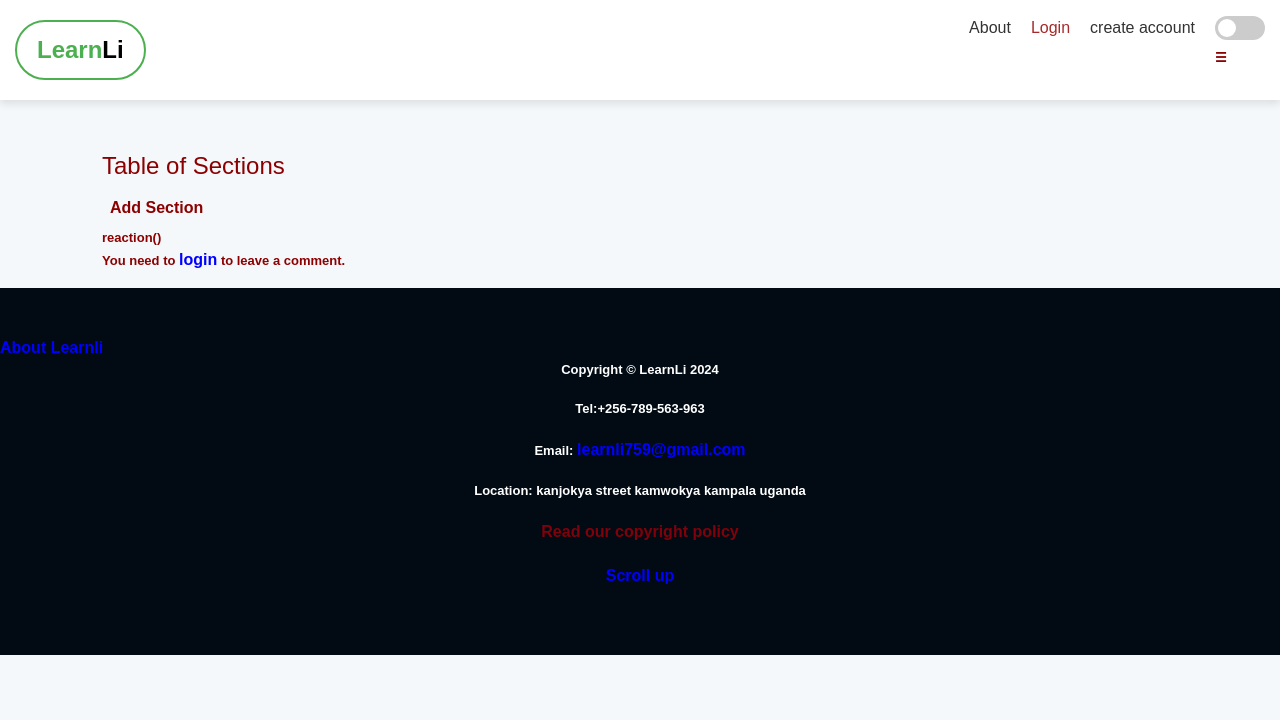
Repository: Learnli23/Learnli
Page: Learnli/my_library/templates/book_details.html
The author's editor kept a copy of each file at every save. The page is drawn from the files as they stood at one save, then again after the next save.
The browser window is 1280 px wide. The pictures show the whole page.
The template is drawn by Django 2.2. The application's start-up code is not run. Other server files are loaded and not shown. The template is opened directly, without the code that normally fills it, so the values that code supplies are empty.

Above is the page before, as saved 2024-12-04 22:15:48.

### Learnli/my_library/templates/book_details.html
{% extends 'base.html' %}
{% block content %}


    <h1 style="color:brown;">{{ book.title }}</h1>
    <div class="container">
      {% if book.display_image  %}
        <img src="{{book.display_image.url }}" width="450" height="300" class="d-inline-block align-text-top" alt=" ">
      {% endif %}
        <div class="toc">
            <h4>Table of Sections</h4>
            {% if sections %}
            <ul>
                {% for section in sections %}

                    <li><a href="{% url 'section_details' section.pk %}">{{ section.title }}</a></li>

                {% if forloop.last %}
                    {% if section.section_author == request.user  %}
                    <button class="btn btn-outline-success" style="border:black ;"><a href="{% url 'add_section' book.pk %}"><strong style="color:darkred ;">Add Section</strong></a></button>
                    {% endif %}
                {% endif %}
                {% endfor %}

            {% else %}

                <button class="btn btn-outline-success" style="border:black ;"><a href="{% url 'add_section' book.pk %}"><strong style="color:darkred ;">Add Section</strong></a></button>
                {% endif %}


                 <br/>

            </ul>


        {%  if request.user == book.author %}
        <button class="btn btn-outline-danger"><a href="{% url 'delete_ebook' book.id %} "><strong
          style="color:black;">Delete ebook</strong></a>
        </button>

        <button class="btn btn-outline-success"><a href="{% url 'edit_ebook' book.id %} "><strong
          style="color:black;">Edited ebook</strong></a>
        </button>

        {% endif %}


        <strong data-bs-toggle="collapse" data-bs-target="#reactions" style="color:darkred;"> reaction({{ reactions.count }})</strong>
        <div id="reactions" class="collapse hide">

        {% for reaction in reactions %}

        <div class="container mt-3">
        <p style="color:black ; font-size: smaller;"><strong style="color:darkblue;" >@<a href="{% url 'profile' reaction.reviewer.id %}">{{ reactions.reviewer.username }}</a>:</strong>{{ reviewer.created_at}}:{{ reviewer.book|linebreaks}}</p>
        </div>
        {% endfor %}
        </div>

        {% if user.is_authenticated %}

          <strong style="color:darkblue;" data-bs-toggle="collapse" data-bs-target="#comment">   +Comment </strong>
            <div id="comment" class="collapse hide">
                <form method="post">
                      {% csrf_token %}
                      {{ form.as_p }}
                      <button class="btn btn-primary" type="submit">comment</button>
                  </form>
            </div>


              {% else %}
                <p>You need to <a href="{% url 'login' %}">login</a> to leave a comment.</p>
        {% endif %}

        </div>
</div>

{% endblock %}

### Learnli/users/templates/narvbar.html
{% load static %}


    <!-- Navbar Container -->
    <nav class="navbar">
        <!-- Logo and Brand Name -->
        <div class="navbar-brand">

            <a href="{% url 'home' %}"> <span class="logo-oval">Learn<span class="brand-highlight">Li</span></span> </a>
        </div>

        <!-- Navbar Links for Desktop -->
        <ul class="navbar-links">
            <li class="nav-item">
              {% if user.is_authenticated %}
              <img class="profile-picture" src="{{ user.profile_image.url }}" alt="" >

                <span class="user-name" style = "color:green;" >{{user}}</span>
              {% endif %}
            </li>
          <!-- showing posts and about if the user is loged in or out respectively--->
            {% if user.is_authenticated and user.subscription_active == True %}
            <li><a href="{% url 'blog_list' %}" >Post</a></li>
            {% else %}
            <li><a href="{% url 'about' %}" >About</a></li>
            {% endif %}
         <!-- show user categories if user is logeg in-->
         {% if user.is_authenticated and user.subscription_active == True %}
            <li class="nav_drop_drown"  style="color: #4CAF50;"><a >Users</a>
                <ul class="dropdown">
                    <li><a href="{% url 'students' %}" style="font-size: small;">Students</a></li>
                    <li><a href="{% url 'teachers' %}" style="font-size: small;">Teachers</a></li>
                    <li><a href="{% url 'institutions' %}" style="font-size: small;">Institutions</a></li>
                    <li><a href="{% url 'profiles' %}" style="font-size: small;">All Users</a></li>
                </ul>
            </li>
            <li><a href="{% url 'profile' user.id %}" >My Profile</a></li>
            {% endif %}
          <!-- show the office ,study or depending on the user type-->
          {% if user.is_student and user.subscription_active == True %}
            <li><a>study</a>
                <ul class="dropdown">
                    <li><a href="{% url 'classes' %}" style="font-size: small;">Courses</a></li>
                    <li><a href="{% url 'my_courses' %}" style="font-size: small;">My courses</a></li>
                    <li><a href="{% url 'exams' %}" style="font-size: small;">Exams</a></li>
                    <li><a href="{% url 'answers' %}" style="font-size: small;">Exams Answers</a></li>
                    <li><a href="{% url 'exam_results' %}" style="font-size: small;">Exam Reults</a></li>
                    <li><a href="{% url 'RegisterforExam' %}" style="font-size: small;">Register for Exam</a></li>
                    <li><a href="{% url 'test_answers' %}" style="font-size: small;">Test Answers</a></li>
                    <li><a href="{% url 'test_results' %}" style="font-size: small;">Test Reults</a></li>
                </ul>
            </li>
          <!-- show the  communication elements for aloged in student-->
          <li><a>communication</a>
            <ul class="dropdown">
                <li><a href="{% url 'compose' %}" style="font-size: small;">messages</a></li>
                <li><a href="{% url 'inbox' %}" style="font-size: small;">inbox</a></li>
                <li><a href="{% url 'outbox' %} " style="font-size: small;">outbox</a></li>
                <li><a href="{% url 'calendar' %}" style="font-size: small;">Events</a></li>
                <li><a href="{% url 'add_event' %}" style="font-size: small;">Add event</a></li>
                <li><a href="{% url 'create_blog' %}" style="font-size: small;">create blog</a></li>
            </ul>
        </li>
        <!--show library for the student if loged in-->
        <li><a>Library</a>
          <ul class="dropdown">
              <li><a href="{% url 'profile_library' user.id %}" style="font-size: small;">My Uploaded books</a></li>
              <li><a href="{% url 'book_list' %}" style="font-size: small;">Ebooks</a></li>
              <li><a href="{% url 'content_list' %} " style="font-size: small;">uploaded books</a></li>
              <li><a href="{% url 'upload_content' %}" style="font-size: small;">upload book</a></li>
            </ul>
      </li>
        {% endif %}

        <!---- show office for teacher if loged in--->
        {% if user.is_teacher and user.subscription_active == True %}
        <li><a>office</a>
          <ul class="dropdown">
              <li><a href="{% url 'classes' %}" style="font-size: small;">Courses</a></li>
              <li><a href="{% url 'my_courses' %}" style="font-size: small;">My courses</a></li>
              <li><a href="{% url 'create_class' %}" style="font-size: small;">create course</a></li>
              <li><a href="{% url 'subjects' %}" style="font-size: small;">course units</a></li>
              <li><a href="{% url 'create_subject' %} " style="font-size: small;">create course unit</a></li>
              <li><a href="{% url 'lessons' %}" style="font-size: small;">lessons</a></li>
              <li><a href="{% url 'create_lesson' %}" style="font-size: small;">create lesson</a></li>

          </ul>
      </li>
      <!--show teacher's library if loged in-->
      <li><a>Library</a>
        <ul class="dropdown">
          <li><a   href="{% url 'profile_books' user.id %}"  style="  font-size: small;">  My Ebooks </a></li>
          <li><a   href="{% url 'profile_library' user.id %}" style=" font-size: small;"> My Uploaded books</a></li>
          <li><a   href="{% url 'book_list' %}" style=" font-size: small;"> Ebooks </a></li>
          <li><a   href="{% url 'content_list' %}"  style="  font-size: small;"> Uploaded books </a></li>
          <li><a   href="{% url 'upload_content' %}"  style=" font-size: small;">Upload Books </a></li>
        </ul>
      </li>
      <!--show teacher's  Examinations if loged in-->
      <li><a>Examinations</a>
        <ul class="dropdown">
          <li><a  href="{% url 'my_exams' %}" style=" font-size: small;">My Exams </a></li>
              <li><a  href="{% url 'exams' %}" style=" font-size: small;">Exams </a></li>
              <li><a   href="{% url 'exam' %}" style=" font-size: small;">creat Exam </a></li>
              <li><a   href="{% url 'answers' %}"  style="font-size: small;">Exams Answers </a></li>
              <li><a   href="{% url 'exam_results' %}" style="  font-size: small;">Exam Reults </a></li>
              <li><a   href="{% url 'RegisterforExam' %}" style="  font-size: small;">Register for Exam </a></li>
              <li><a   href="{% url 'examRegister' %}" style=" font-size: small;">candidates </a></li>
              <li><a  href="{% url 'tests' %}" style=" font-size: small;">Tests </a></li>
              <li><a  href="{% url 'test' %}" tyle="  font-size: small;">creat Test </a></li>
              <li><a  href="{% url 'test_answers' %}" style=" font-size: small;">Test Answers </a></li>
             <li><a  href="{% url 'test_results' %}" style=" font-size: small;">Test Reults </a></li>
        </ul>
      </li>
       <!-- show the teacher's  communication elements if aloged -->
       <li><a>communication</a>
        <ul class="dropdown">
            <li><a href="{% url 'compose' %}" style="font-size: small;">messages</a></li>
            <li><a href="{% url 'inbox' %}" style="font-size: small;">inbox</a></li>
            <li><a href="{% url 'outbox' %} " style="font-size: small;">outbox</a></li>
            <li><a href="{% url 'calendar' %}" style="font-size: small;">Events</a></li>
            <li><a href="{% url 'add_event' %}" style="font-size: small;">Add event</a></li>
            <li><a href="{% url 'create_blog' %}" style="font-size: small;">create blog</a></li>
        </ul>
    </li>
       {% endif %}
       <!--show institution compass if loged in-->
       {% if user.is_institution and user.subscription_active == True %}
       <li><a>compass</a>
        <ul class="dropdown">
            <li><a href="{% url 'classes' %}" style="font-size: small;">Courses</a></li>
            <li><a href="{% url 'my_courses' %}" style="font-size: small;">My courses</a></li>
            <li><a href="{% url 'create_class' %}" style="font-size: small;">create course</a></li>
            <li><a href="{% url 'subjects' %}" style="font-size: small;">course units</a></li>
            <li><a href="{% url 'create_subject' %} " style="font-size: small;">create course unit</a></li>
            <li><a href="{% url 'lessons' %}" style="font-size: small;">lessons</a></li>
            <li><a href="{% url 'create_lesson' %}" style="font-size: small;">create lesson</a></li>

        </ul>
    </li>
    <!--show inmstitution library if loged in-->
    <li><a>Library</a>
      <ul class="dropdown">
        <li><a   href="{% url 'profile_books' user.id %}"  style="  font-size: small;">  My Ebooks </a></li>
        <li><a   href="{% url 'profile_library' user.id %}" style=" font-size: small;"> My Uploaded books</a></li>
        <li><a   href="{% url 'book_list' %}" style=" font-size: small;"> Ebooks </a></li>
        <li><a   href="{% url 'content_list' %}"  style="  font-size: small;"> Uploaded books </a></li>
        <li><a   href="{% url 'upload_content' %}"  style=" font-size: small;">Upload Books </a></li>
      </ul>
    </li>
    <!--show  institution  Examinations if loged in-->
    <li><a>Examinations</a>
      <ul class="dropdown">
        <li><a  href="{% url 'my_exams' %}" style=" font-size: small;">My Exams </a></li>
            <li><a  href="{% url 'exams' %}" style=" font-size: small;">Exams </a></li>
            <li><a   href="{% url 'exam' %}" style=" font-size: small;">creat Exam </a></li>
            <li><a   href="{% url 'answers' %}"  style="font-size: small;">Exams Answers </a></li>
            <li><a   href="{% url 'exam_results' %}" style="  font-size: small;">Exam Reults </a></li>
            <li><a   href="{% url 'RegisterforExam' %}" style="  font-size: small;">Register for Exam </a></li>
            <li><a   href="{% url 'examRegister' %}" style=" font-size: small;">candidates </a></li>
            <li><a  href="{% url 'tests' %}" style=" font-size: small;">Tests </a></li>
            <li><a  href="{% url 'test' %}" tyle="  font-size: small;">creat Test </a></li>
            <li><a  href="{% url 'test_answers' %}" style=" font-size: small;">Test Answers </a></li>
           <li><a  href="{% url 'test_results' %}" style=" font-size: small;">Test Reults </a></li>
      </ul>
    </li>
     <!-- show the institution  communication elements if aloged -->
     <li><a>communication</a>
      <ul class="dropdown">
          <li><a href="{% url 'compose' %}" style="font-size: small;">messages</a></li>
          <li><a href="{% url 'inbox' %}" style="font-size: small;">inbox</a></li>
          <li><a href="{% url 'outbox' %} " style="font-size: small;">outbox</a></li>
          <li><a href="{% url 'calendar' %}" style="font-size: small;">Events</a></li>
          <li><a href="{% url 'add_event' %}" style="font-size: small;">Add event</a></li>
          <li><a href="{% url 'create_blog' %}" style="font-size: small;">create blog</a></li>
      </ul>
  </li>
  {% endif %}

  {% if user.is_authenticated %}
  <li><a href="{% url 'logout' %}"style="color:brown;">Logout</a></li>
  {% if user.subscription_active == False  %}
  <li><a href="{% url 'subscription_page' %}"><strong style="color:black; font-size:medium;">subscribe </a></li>
  {% endif %}
  <!-- show login if user  loged out-->
  {% else %}
  <li><a href="{% url 'login' %}"style="color:brown;">Login</a></li>
  <!--show creating account if user loged out-->
  <li><a >create account</a>
    <ul class="dropdown">
      <li><a  href="{% url 'register_student' %}" style="color: darkblue ; font-size: small;;">student account </a></li>
      <li><hr class="dropdown-divider"></li>
      <li><a   href=" {% url 'register_teacher' %}"><strong style="color:black ; font-size: small;;">teacher account </a></li>
      <li><hr class="dropdown-divider"></li>
      <li><a  href="{% url 'register_institution' %}"><strong style="color:darkred; font-size: small;;">institution account </a></li>
    </ul>
</li>
<!-- show subscribe if user subscription is expired-->


{% endif %}




      <!-- Dark/Light Mode Toggle and Mobile Menu Icon -->
        <div class="navbar-actions">
            <label class="switch">
                <input type="checkbox" id="darkModeToggle">
                <span class="slider round"></span>
            </label>
            <div class="menu-icon" onclick="toggleMobileMenu()">☰</div>
        </div>
    </nav>



    <!-- JavaScript for Dark Mode and Mobile Menu -->
    <script>
        const darkModeToggle = document.getElementById('darkModeToggle');
        darkModeToggle.addEventListener('change', () => {
            document.body.classList.toggle('dark-mode');
        });

        function toggleMobileMenu() {
            document.querySelector('.navbar-links').classList.toggle('active');
        }
    </script>

 <style>


  /* Basic Reset */
  * {
      margin: 0;
      padding: 0;
      box-sizing: border-box;
  }

  /* Body Styling */
  body {
      font-family: Arial, sans-serif;
      transition: background-color 0.3s, color 0.3s;
  }

  .dark-mode {
      background-color: #121212;
      color:grey;
  }

  /* Navbar Styling */
  .navbar {
      display: flex;
      justify-content: space-between;
      align-items: center;
      padding: 15px;
      background-color: #ffffff;
      box-shadow: 0px 4px 8px rgba(0, 0, 0, 0.1);
      position: sticky;
      top: 0;
      width: 100%;
      z-index: 10;
      }

   .logo-oval {
      padding: 10px 20px;
      border: 2px solid #4CAF50;
      border-radius: 50px; /* Creates the oval shape */
      font-weight: bold;
      color: #4CAF50;
      font-size: 24px;
      display: inline-block;
      background-color: #ffffff; /* Optional: Set background color */
      transition: all 0.3s;
  }

  .logo-oval .brand-highlight {
      color: #333333;
  }

  .logo-oval:hover {
      background-color: #4CAF50;
      color: #ffffff;
      border-color: #4CAF50;
  }


  }

  .navbar .navbar-brand .logo {
      font-weight: bold;
      color:green;
      font-size: 24px;
  }

  .navbar .brand-highlight {
      color:black;
  }

  .navbar-links {
      list-style: none;
      display: flex;
      gap: 20px;
  }

  .navbar-links .nav-item {
      display: flex;
      align-items: center;
  }

  .navbar-links .nav-item .profile-picture {
      width: 40px;
      height: 40px;
      border-radius: 50%;
      background-color: #ddd;
      margin-right: 10px;
  }

  .navbar-links a {
      color: #333333;
      text-decoration: none;
      font-weight: 500;
      transition: color 0.3s;
  }

  .navbar-links a:hover {
      color: #4CAF50;
  }

  /* Dropdown Menu */
  .dropdown {
      display: none;
      position: absolute;
      background-color: white;
      box-shadow: 0px 8px 16px rgba(0, 0, 0, 0.2);
      list-style: none;
      padding: 10px;
      margin-top: 8px;
  }

  .navbar-links li:hover .dropdown {
      display: block;
  }

  /* Dark Mode Toggle */
  .navbar-actions .switch {
      position: relative;
      display: inline-block;
      width: 50px;
      height: 24px;
  }

  .switch input {
      opacity: 0;
      width: 0;
      height: 0;
  }

  .slider {
      position: absolute;
      cursor: pointer;
      top: 0;
      left: 0;
      right: 0;
      bottom: 0;
      background-color: #ccc;
      transition: 0.4s;
      border-radius: 24px;
  }

  .slider:before {
      position: absolute;
      content: "";
      height: 18px;
      width: 18px;
      left: 3px;
      bottom: 3px;
      background-color: white;
      transition: 0.4s;
      border-radius: 50%;
  }

  input:checked + .slider {
      background-color: #4CAF50;
  }

  input:checked + .slider:before {
      transform: translateX(26px);
  }

  /* Responsive Mobile Styling */
  @media (max-width: 768px) {
      .navbar-links {
          display: none;
          flex-direction: column;
          width: 100%;
          position: absolute;
          top: 60px;
          background-color: #ffffff;
          box-shadow: 0px 8px 16px rgba(0, 0, 0, 0.1);
      }

      .navbar-links.active {
          display: flex;
      }

      .menu-icon {
          font-size: 28px;
          cursor: pointer;
          color: #333333;
      }
  }

  <style/>

Loaded but not shown: Learnli/users/templates/base.html (1665 lines, source omitted)

After the next save:
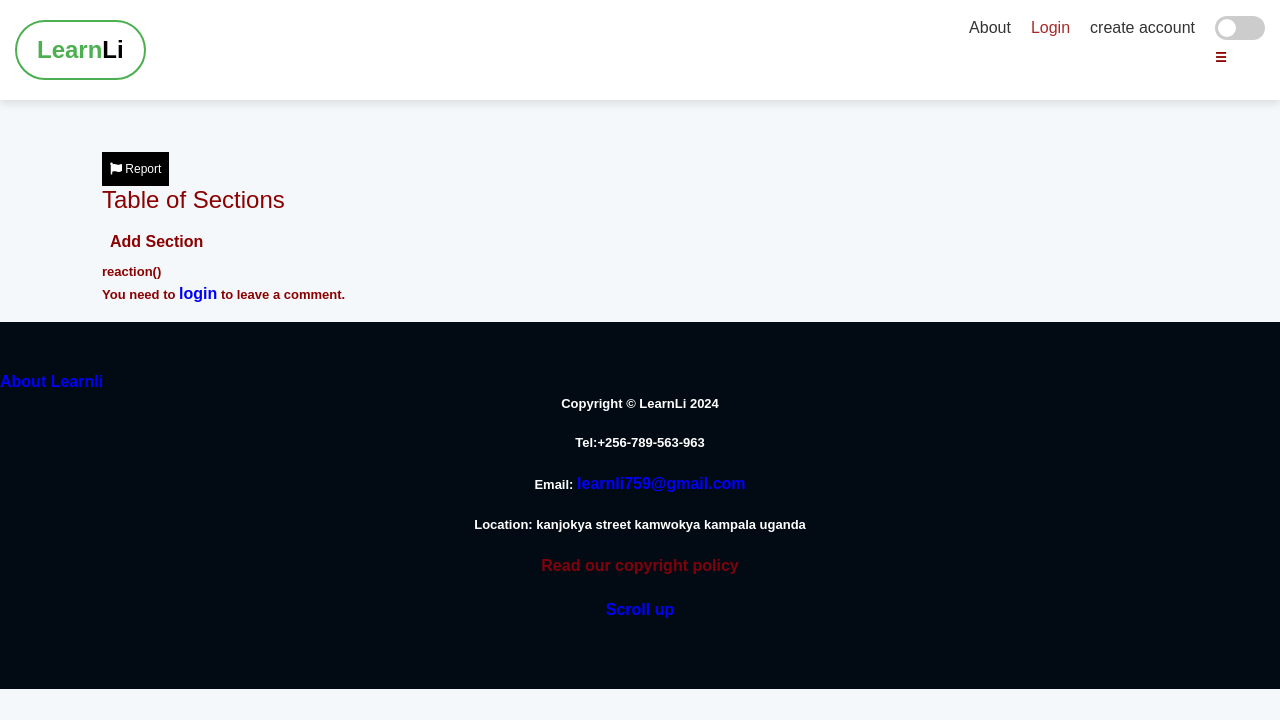
Saved 4 min 51 s later.
--- a/Learnli/my_library/templates/book_details.html
+++ b/Learnli/my_library/templates/book_details.html
@@ -8,7 +8,14 @@
         <img src="{{book.display_image.url }}" width="450" height="300" class="d-inline-block align-text-top" alt=" ">
       {% endif %}
         <div class="toc">
-            <h4>Table of Sections</h4>
+           <!-- blogs/templates/blog_detail.html -->
+          <form action="{% url 'report_content' content_type_id=ebook_content_type.id object_id=book.id %}" method="post">
+          {% csrf_token %}
+          <button type="submit" class="report-btn">
+            <i class="fas fa-flag"></i> Report
+          </button>
+          </form>
+                    <h4>Table of Sections</h4>
             {% if sections %}
             <ul>
                 {% for section in sections %}
